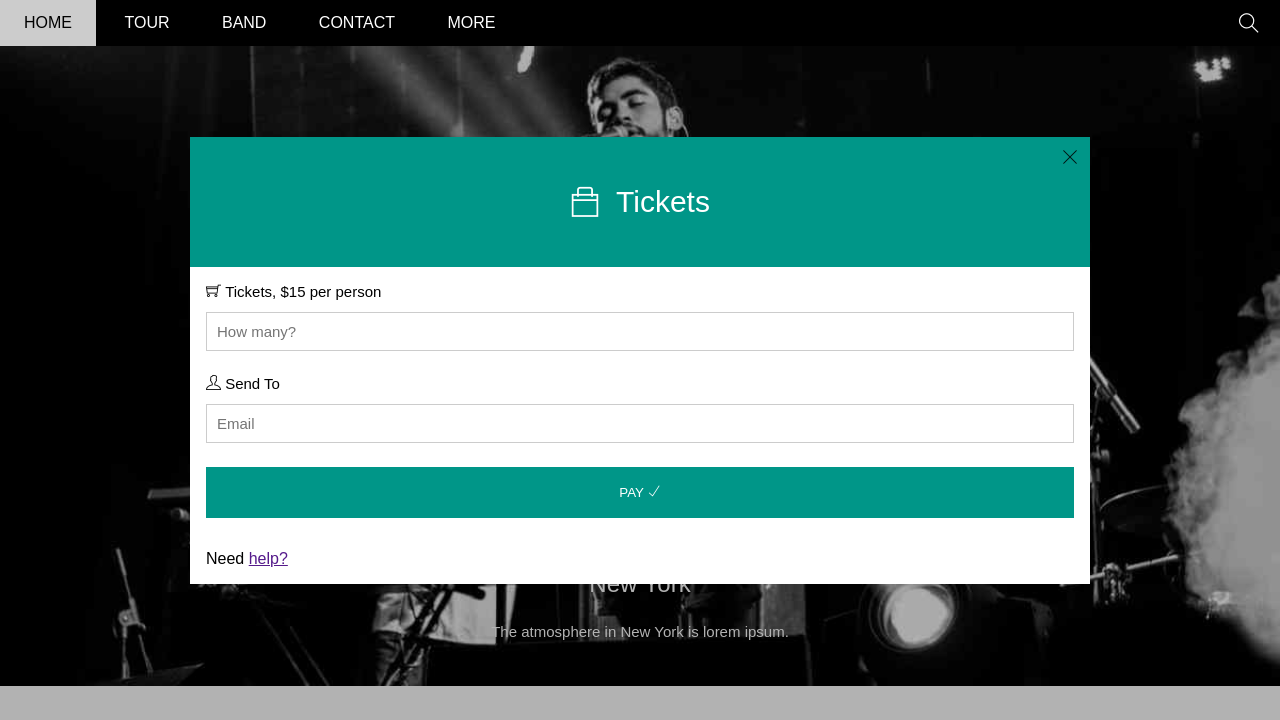
Repository: duyhung0311/band_music
Page: index.html
The author's editor kept a copy of each file at every save. The page is drawn from the files as they stood at one save, then again after the next save.
The browser window is 1280 px wide. The pictures show the window.
A layer covers the whole window, so only the first screen is drawn.

Above is the page before, as saved 2021-08-15 09:47:48.

After the next save:
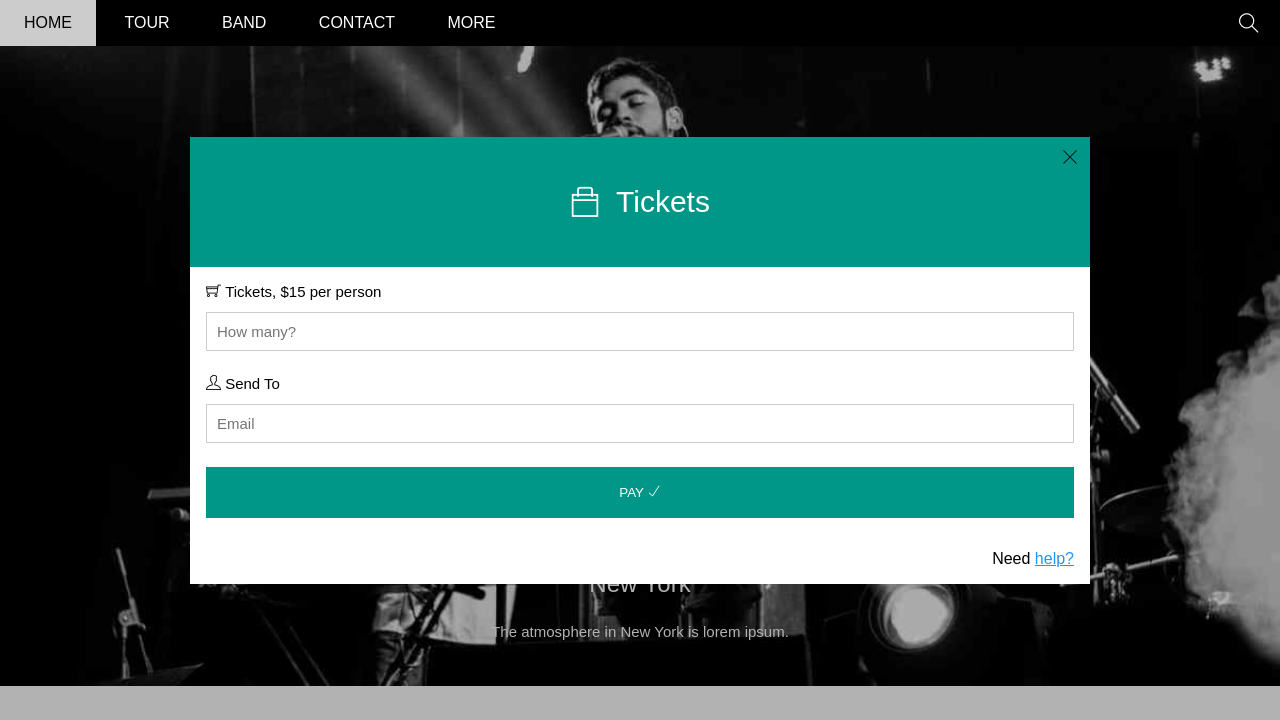
Saved 41 s later.
--- a/assets/css/style.css
+++ b/assets/css/style.css
@@ -356,4 +356,8 @@
 }
 .modal-footer{
     padding: 16px;
-}
+    text-align: right;
+}
+.modal-footer a {
+    color: #2196f3;
+}
